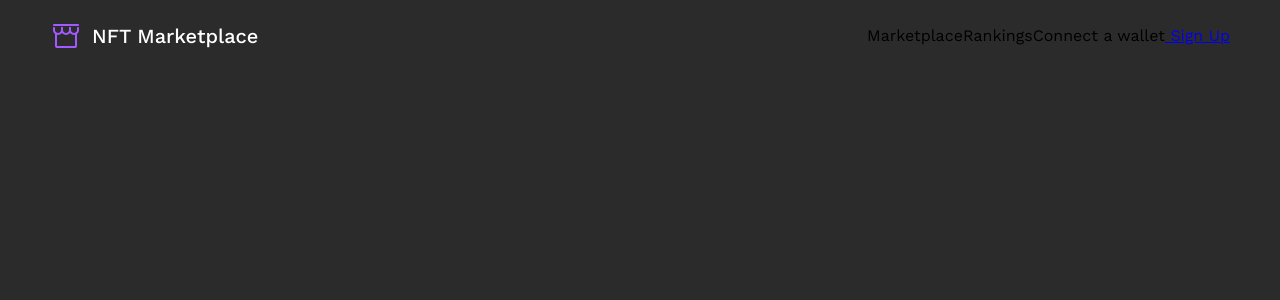
Repository: leehoang1202/NFT-Marketplace
Page: index.html
The author's editor kept a copy of each file at every save. The page is drawn from the files as they stood at one save, then again after the next save.
The browser window is 1280 px wide. The pictures show the whole page.

Above is the page before, as saved 2024-12-11 08:11:04.

### index.html
<!DOCTYPE html>
<html lang="en">
<head>
    <meta charset="UTF-8">
    <meta name="viewport" content="width=device-width, initial-scale=1.0">
    <title>NFT Marketplace</title>

    <!-- Embed Font -->
    <link rel="preconnect" href="https://fonts.googleapis.com">
    <link rel="preconnect" href="https://fonts.gstatic.com" crossorigin>
    <link href="https://fonts.googleapis.com/css2?family=Work+Sans:ital,wght@0,100..900;1,100..900&display=swap" rel="stylesheet">
    <link rel="stylesheet" href="./assets/reset.css">
    <link rel="stylesheet" href="./assets/style.css">
</head>
<body>
    <!-- Header -->
    <header class="navbar">
        <div class="navbar__brand">
            <img src="./assets/img/Storefront.svg" alt="" class="navbar--logo">
            <span class="navbar--text">NFT Marketplace</span>
        </div>
        <div class="navbar__menu">
            <ul class="navbar--list">
                <li class="navbar-item">Marketplace</li>
                <li class="navbar-item">Rankings</li>
                <li class="navbar-item">Connect a wallet</li>
            </ul>
            <a href="#!" class="navbar__btn">
                <img src="" alt="" class="navbar__button">
                <span class="navbar__button--text">Sign Up</span>
            </a>
        </div>
    </header>
</body>
</html>

### assets/style.css
* {
    box-sizing: border-box;
}

html {
    background-color: #2B2B2B;
}

main {
    font-family: "Work Sans", sans-serif;
}

/* Header */
.navbar {
    display: flex;
    margin: 20px 50px;
    justify-content: space-between;
    align-items: center;
    font-family: "Work Sans", sans-serif;
}

.navbar__brand {
    display: flex;
}

.navbar--text {
    line-height: 32px;
    margin-left: 10px;
    font-size: 20px;
    font-weight: 500;
    color: #fff;
}

.navbar__menu {
    display: flex;
}

.navbar--list {
    display: flex;
}

Loaded but not shown: assets/reset.css (common file)

After the next save:
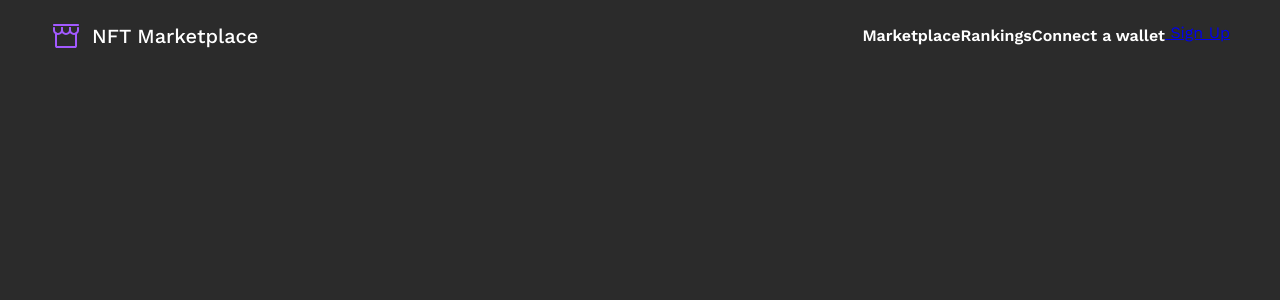
Saved 2 min 46 s later.
--- a/assets/style.css
+++ b/assets/style.css
@@ -38,3 +38,10 @@
 .navbar--list {
     display: flex;
 }
+
+.navbar-item {
+    font-size: 16px;
+    font-weight: 600;
+    line-height: 22px;
+    color: #fff;
+}
